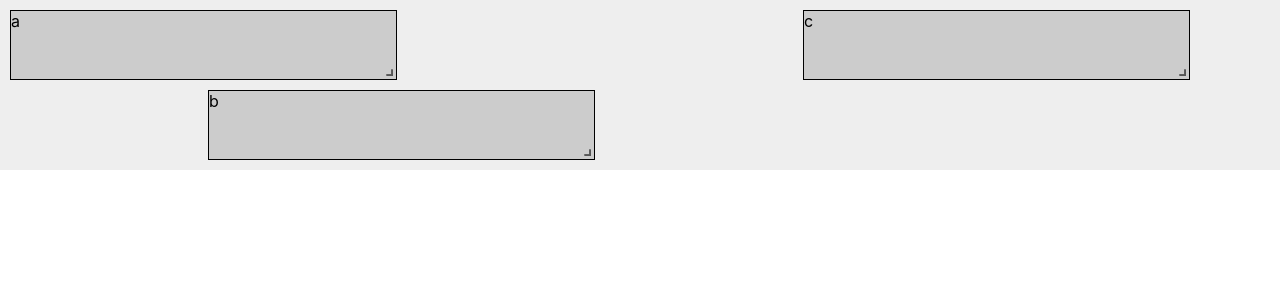
Repository: adnanaahmad/keep
Page: /
An editor plug-in stored every save of this project. The page is shown before and after the next save, followed by the edit.
The browser window is 1280 px wide. The pictures show the whole page.
The project was rebuilt for these pictures with package versions that can differ from the ones it lists, and the page was loaded fresh each time.

Above is the page before, as saved 2021-11-29 23:36:45.

After the next save:
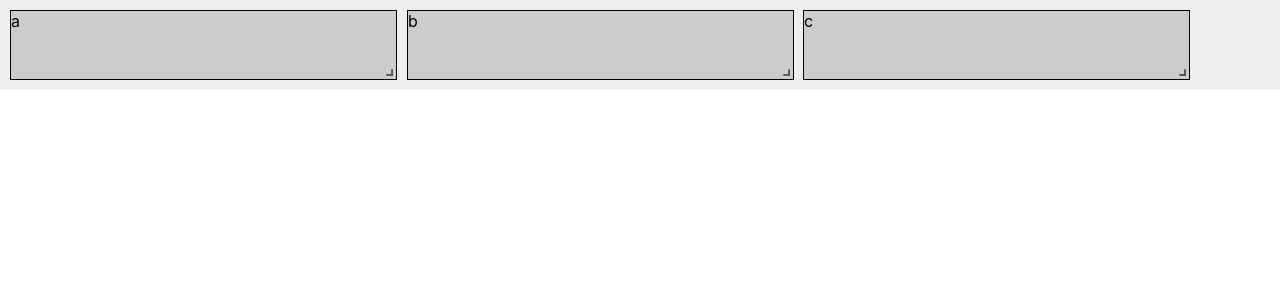
Saved 26 s later.
--- a/src/pages/notes/index.js
+++ b/src/pages/notes/index.js
@@ -6,7 +6,7 @@ function Notes () {
     // layout is an array of objects, see the demo for more complete usage
     const layout = [
       {i: 'a', x: 0, y: 0, w: 2, h: 2, minW: 2, maxW: 2},
-      {i: 'b', x: 1, y: 0, w: 2, h: 2, minW: 2, maxW: 2},
+      {i: 'b', x: 2, y: 0, w: 2, h: 2, minW: 2, maxW: 2},
       {i: 'c', x: 4, y: 0, w: 2, h: 2, minW: 2, maxW: 2}
     ];
     return (
